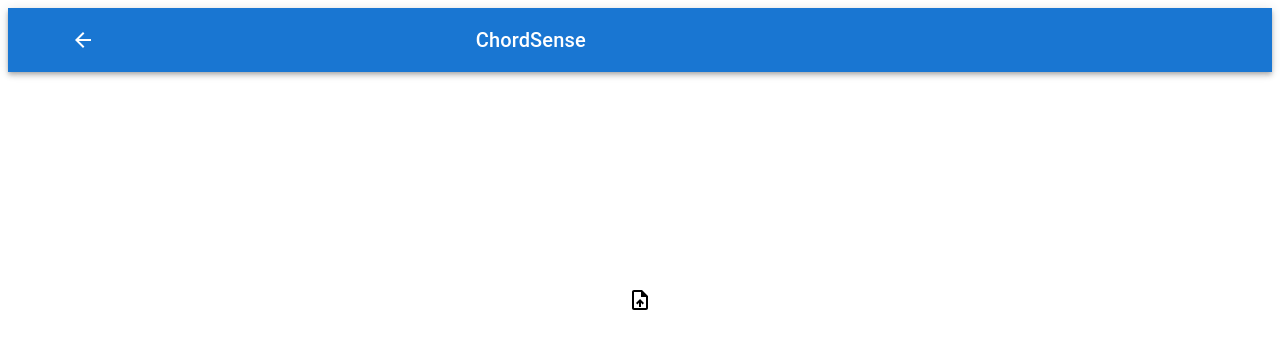
Repository: shamu332/ChordSense
Page: / (app in ui/)
The author's editor kept a copy of each file at every save. The page is drawn from the files as they stood at one save, then again after the next save.
The browser window is 1280 px wide. The pictures show the whole page.
The project was rebuilt for these pictures with package versions that can differ from the ones it lists, and the page was loaded fresh each time. Also part of the build but not shown: ui/src/pages/Results.js.

Above is the page before, as saved 2023-03-11 13:58:37.

### ui/src/index.js

import React from "react";
import ReactDOM from "react-dom";
import { BrowserRouter as Router, Routes, Route } from "react-router-dom";
import Results from "./pages/Results";
import Landing from "./pages/Landing";

ReactDOM.render(
  <>
    <Router>
      <Routes>
        <Route path="/" element={<Landing />} />
        <Route path="/results" element={<Results />} />
      </Routes>
    </Router>
  </>,
  document.getElementById("root")
);

### ui/src/pages/Landing.js
import React, { useState } from "react";
import Button from "@mui/material/Button";
import Header from "../Header";
import TextField from "@mui/material/TextField";
import CircularProgress from "@mui/material/CircularProgress";
import UploadFileIcon from '@mui/icons-material/UploadFile';
import { useNavigate } from "react-router-dom";

function Scanner() {
  const [loader, setLoader] = useState(false);
  let navigate = useNavigate();

  function toggleLoader() {
    setLoader(!loader);
  }


  return (
    <>
      <Header />
      <div
        style={{
          display: "flex",
          justifyContent: "center",
          alignItems: "flex-end",
          height: "30vh",
        }}
      ></div>
      {loader ? (
        <div
          style={{
            display: "flex",
            justifyContent: "center",
            alignItems: "center",
            height: "30vh",
          }}
        >
          <CircularProgress />
        </div>
      ) : (
        <>
          <div
            style={{
              display: "flex",
              justifyContent: "center",
              alignItems: "center",
            }}
          >
            <UploadFileIcon></UploadFileIcon>
          </div>
          <div
            style={{
              display: "flex",
              justifyContent: "center",
              alignItems: "center",
              height: "20vh",
            }}
          >
          </div>
        </>
      )}
    </>
  );
}

export default Scanner;

### ui/src/Header.js
import * as React from "react";
import AppBar from "@mui/material/AppBar";
import Box from "@mui/material/Box";
import Toolbar from "@mui/material/Toolbar";
import Typography from "@mui/material/Typography";
import IconButton from "@mui/material/IconButton";
import ArrowBackIcon from "@mui/icons-material/ArrowBack";
import { useNavigate } from "react-router-dom";

export default function Header() {
  const navigate = useNavigate();
  return (
    <Box sx={{ flexGrow: 1 }}>
      <AppBar position="static">
        <Toolbar>
          <IconButton
            size="large"
            edge="start"
            color="inherit"
            aria-label="menu"
            sx={{ mr: 2 }}
          ></IconButton>
          <ArrowBackIcon
            onClick={() => navigate(-1)}
            sx={{ position: "absolute", left: "5%" }}
          />
          <Typography
            variant="h6"
            component="div"
            sx={{ flexGrow: 1, position: "absolute", left: "37%" }}
          >
            ChordSense
          </Typography>
        </Toolbar>
      </AppBar>
    </Box>
  );
}

Loaded but not shown: ui/public/index.html (common file)

After the next save:
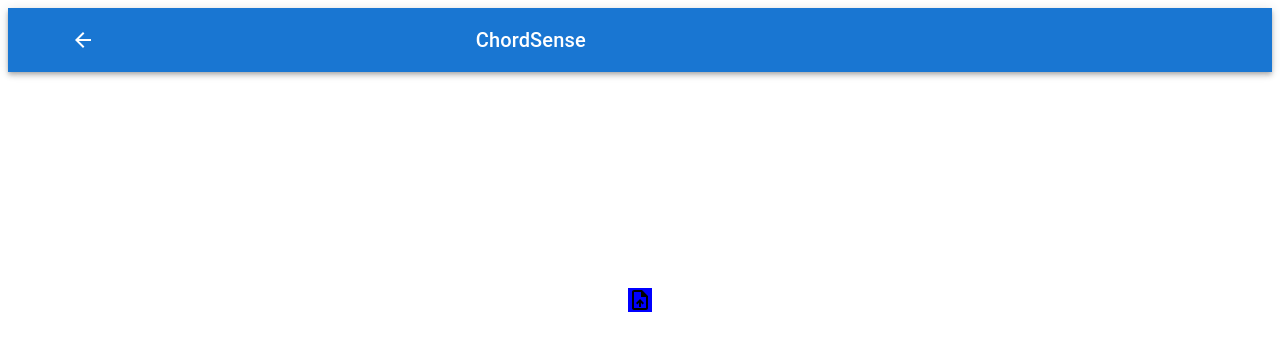
Saved 28 min 53 s later.
--- a/ui/src/pages/Landing.js
+++ b/ui/src/pages/Landing.js
@@ -1,7 +1,5 @@
 import React, { useState } from "react";
-import Button from "@mui/material/Button";
 import Header from "../Header";
-import TextField from "@mui/material/TextField";
 import CircularProgress from "@mui/material/CircularProgress";
 import UploadFileIcon from '@mui/icons-material/UploadFile';
 import { useNavigate } from "react-router-dom";
@@ -46,7 +44,10 @@ function Scanner() {
               alignItems: "center",
             }}
           >
-            <UploadFileIcon></UploadFileIcon>
+            <UploadFileIcon
+             sx={{
+                bgcolor: 'blue',
+              }}></UploadFileIcon>
           </div>
           <div
             style={{
